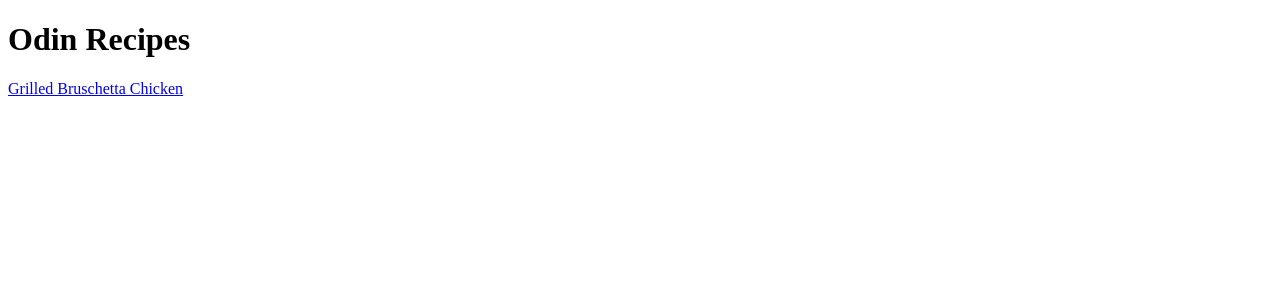
Repository: fnafelipe/odin-recipes
Page: index.html
The author's editor kept a copy of each file at every save. The page is drawn from the files as they stood at one save, then again after the next save.
The browser window is 1280 px wide. The pictures show the whole page.

Above is the page before, as saved 2026-09-03 23:05:53.

After the next save:
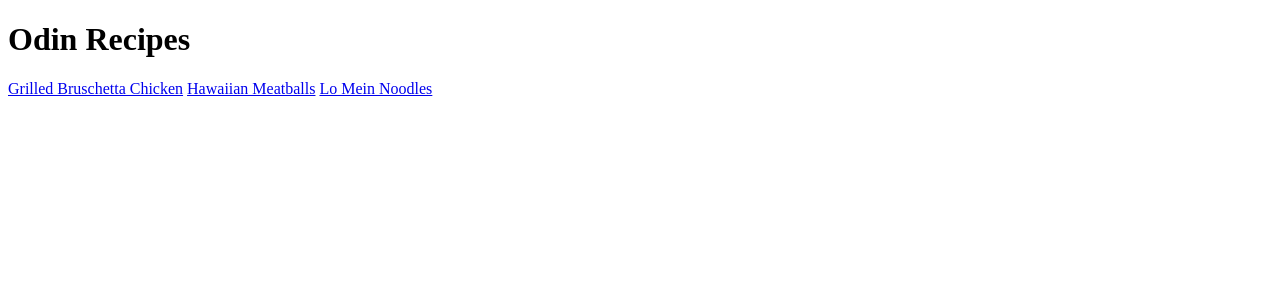
Saved 60 s later.
--- a/index.html
+++ b/index.html
@@ -8,5 +8,7 @@
 <body>
     <h1>Odin Recipes</h1>
     <a href="./recipes/grilled-bruschetta-chicken.html">Grilled Bruschetta Chicken</a>
+    <a href="./recipes/hawaiian-meatballs.html">Hawaiian Meatballs</a>
+    <a href="./recipes/lo-mein-noodles.html">Lo Mein Noodles</a>
 </body>
 </html>
